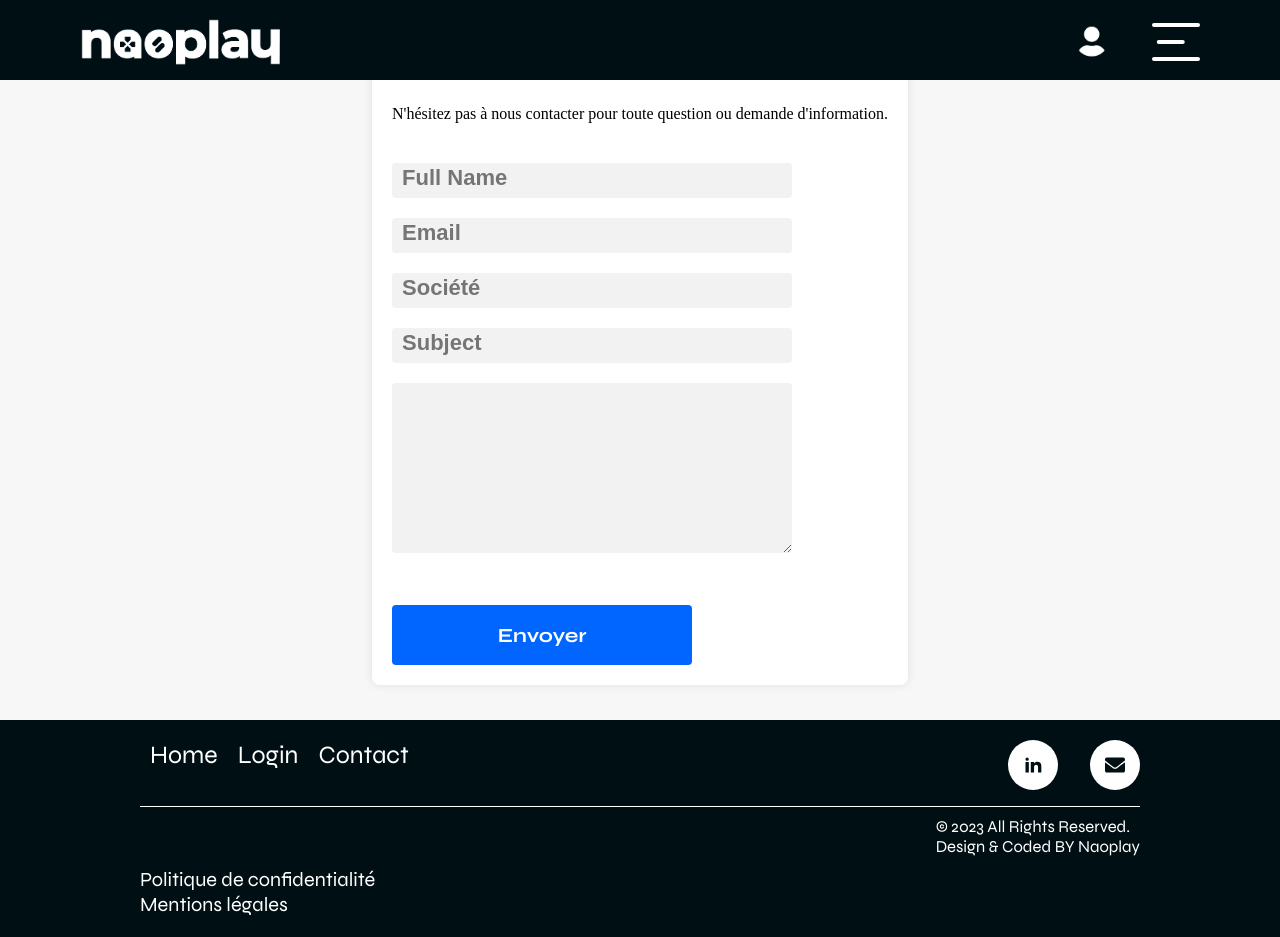
Repository: Hindsedrati/Naoplay
Page: /contact
These files come from the project's save history. The page is drawn as it stood at one moment and after the next save; the edit follows.
The browser window is 1280 px wide. The pictures show the whole page.
The project was rebuilt for these pictures with package versions that can differ from the ones it lists, and the page was loaded fresh each time. Also part of the build but not shown: src/Pages/Login/index.jsx, src/Components/Const/index.jsx, src/Components/Partners/index.jsx, src/Components/Naoplay/index.jsx, src/Components/Api/index.jsx, src/Components/Digitalisation/index.jsx, src/Components/Gateway/index.jsx, src/Components/ApiManagement/index.jsx and 6 more.

Above is the page before, as saved 2023-05-10 12:42:41.

After the next save:
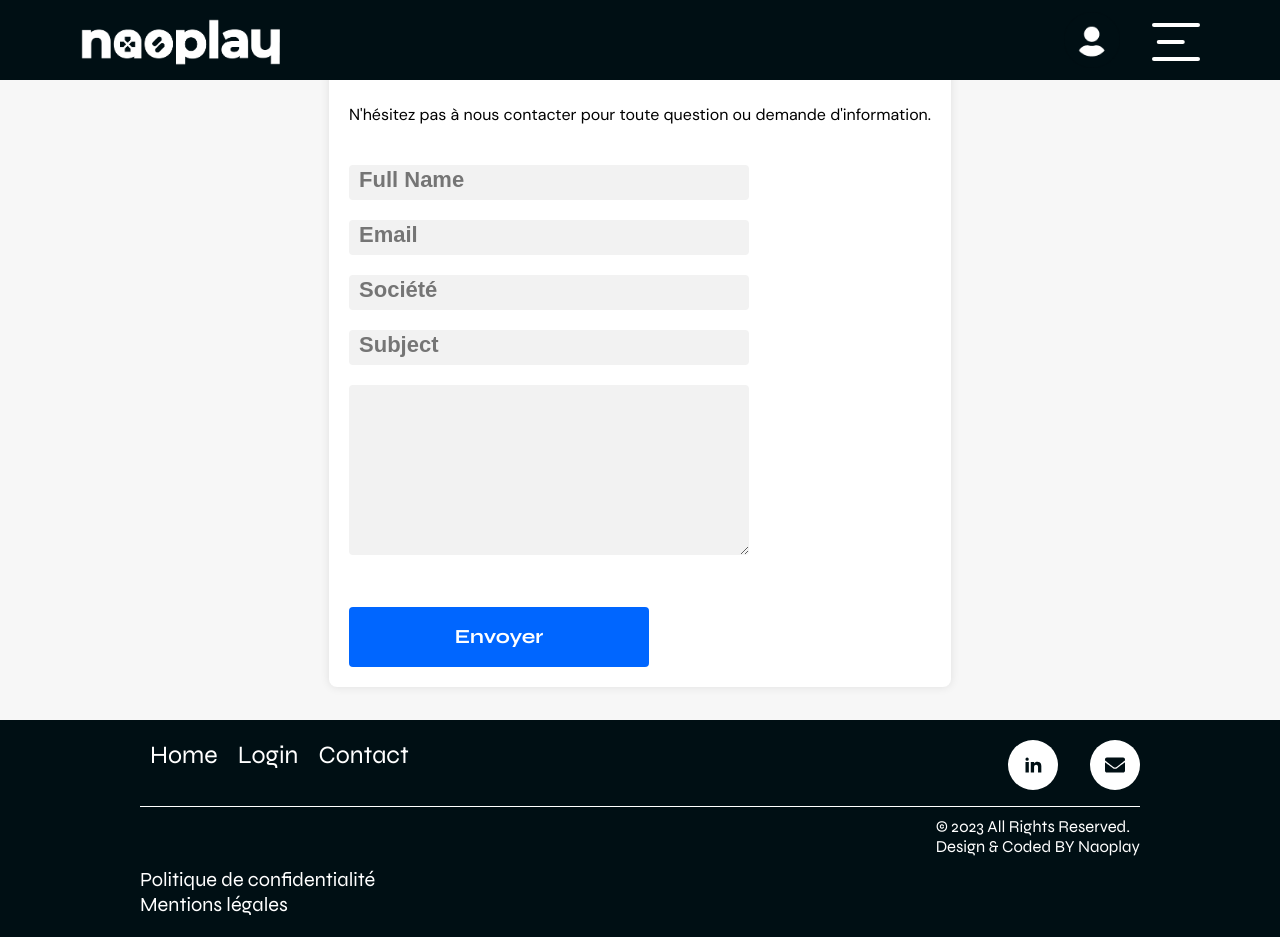
Saved 45 s later.
--- a/src/Pages/Contact/Contact.scss
+++ b/src/Pages/Contact/Contact.scss
@@ -24,6 +24,7 @@
 }
 
 p {
+  font-family: $Dm;
   text-align: center;
   margin-bottom: 40px;
 }
